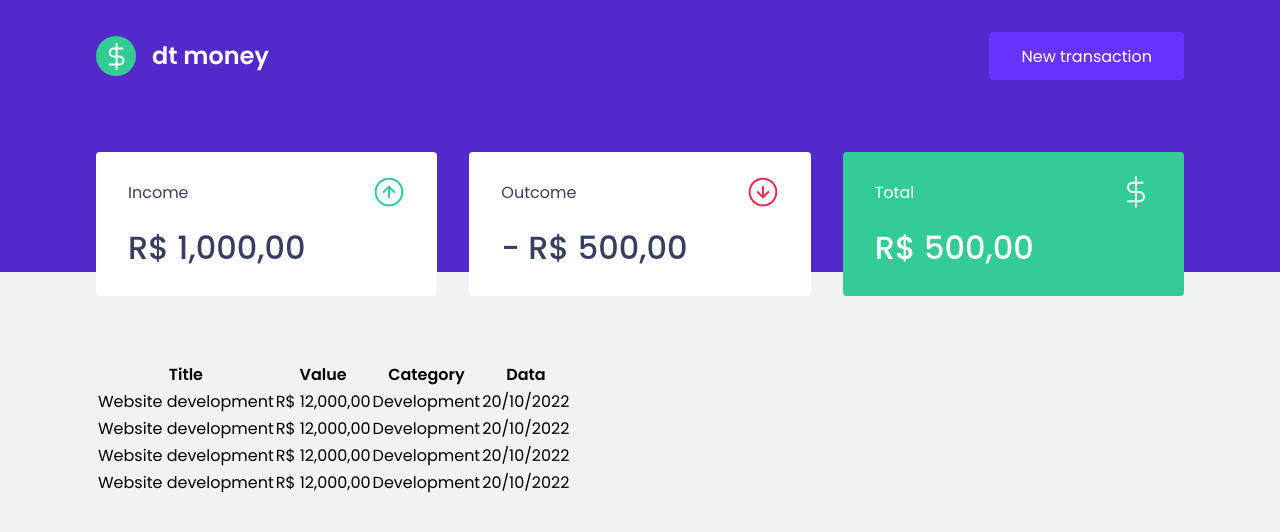
Repository: JoseGu1llardi/dtmoney
Page: /
The author's editor kept a copy of each file at every save. The page is drawn from the files as they stood at one save, then again after the next save.
The browser window is 1280 px wide. The pictures show the whole page.
The project was rebuilt for these pictures with package versions that can differ from the ones it lists, and the page was loaded fresh each time.

Above is the page before, as saved 2022-12-30 15:34:21.

After the next save:
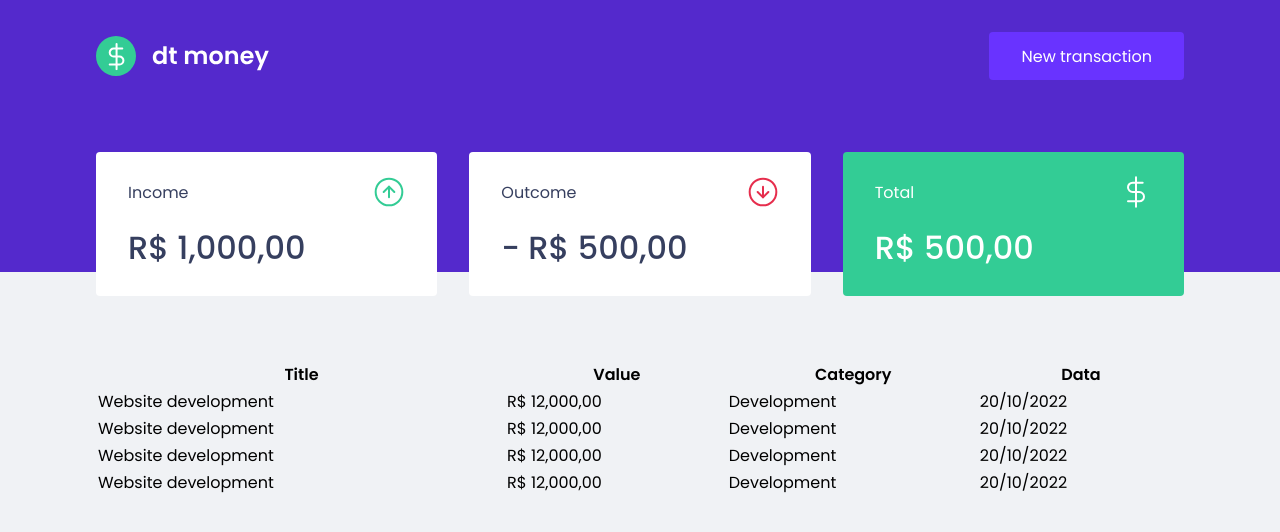
Saved 24 s later.
--- a/src/components/TransactionsTable/styles.ts
+++ b/src/components/TransactionsTable/styles.ts
@@ -2,4 +2,8 @@ import styled from "styled-components";
 
 export const Container = styled.div`
   margin-top: 4rem;
+
+  table {
+    width: 100%;
+  }
 `;
